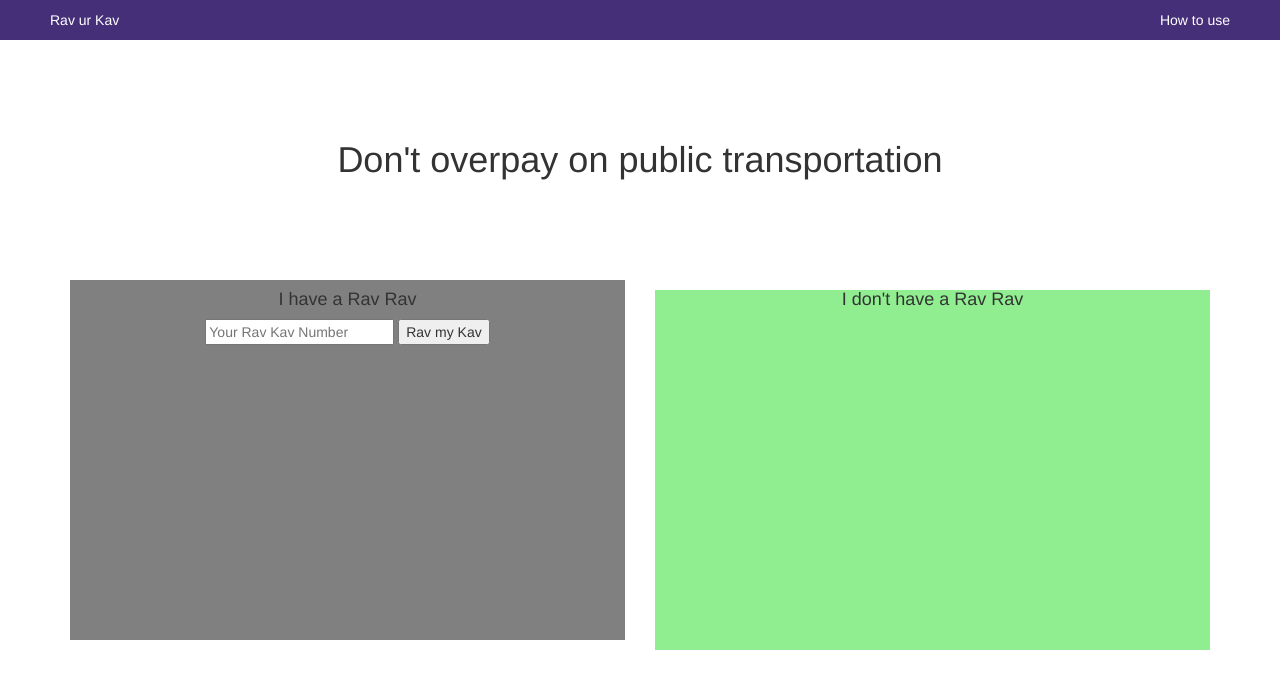
Repository: Louhla/Rav-ur-Kav
Page: index.html
The author's editor kept a copy of each file at every save. The page is drawn from the files as they stood at one save, then again after a run of saves.
The browser window is 1280 px wide. The pictures show the whole page.

Above is the page before, as saved 2019-07-17 14:28:23.

After the next 2 saves:
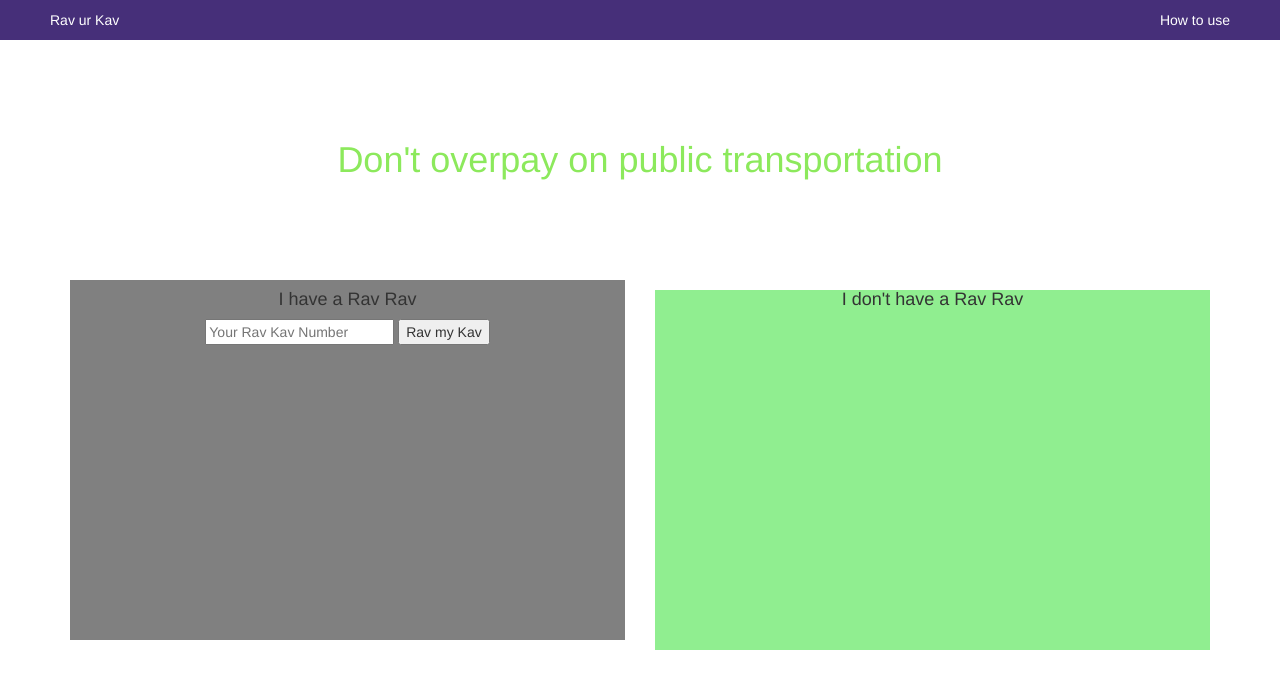
The 2 saves are shown as one change because they came seconds apart.
The last was saved 43 s later.
--- a/css/rav-ur-kav.css
+++ b/css/rav-ur-kav.css
@@ -31,4 +31,5 @@ heading{
 h1{
     text-align: center;
     margin: 100px;
+    color: #8CE95C;
 }
